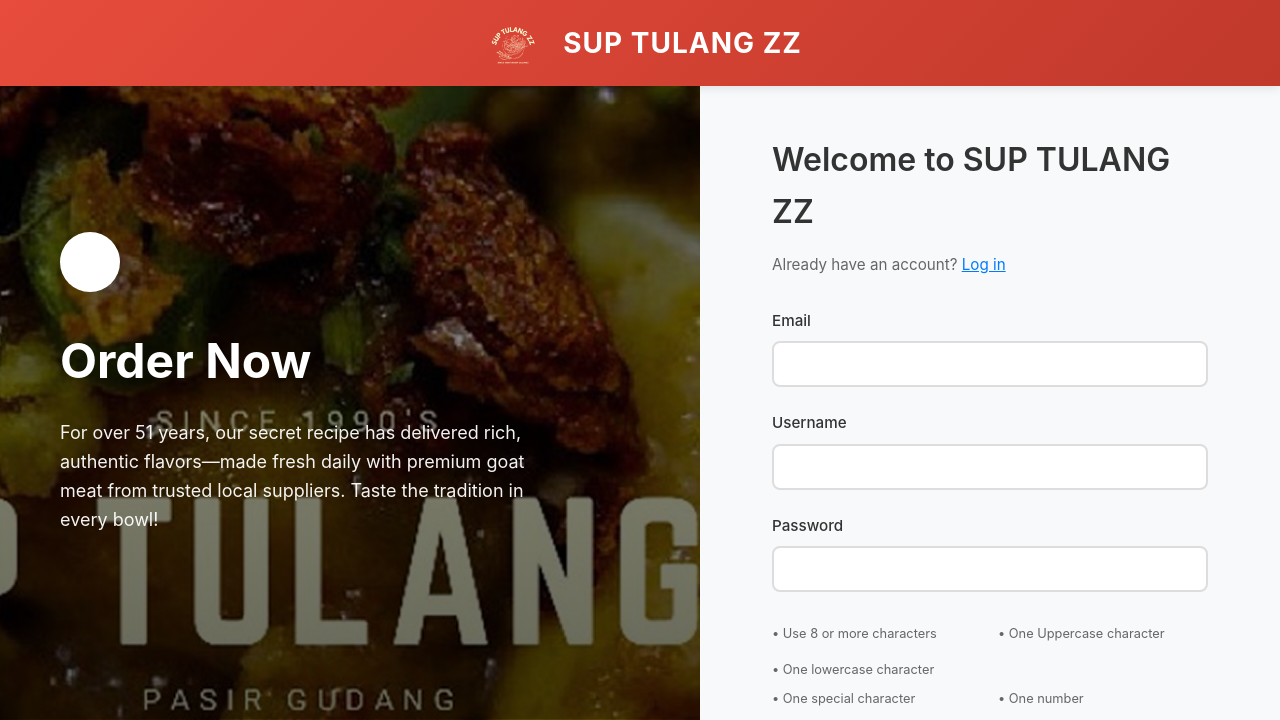
Repository: YIsheng2002/web-frontend
Page: view/member/userSignUp.html
These files come from the project's save history. The page is drawn as it stood at one moment and after the next save; the edit follows.
The browser window is 1280 px wide. The pictures show the whole page.
An inner scrolling area shows only its first screen.

Above is the page before, as saved 2025-06-13 23:13:59.

After the next save:
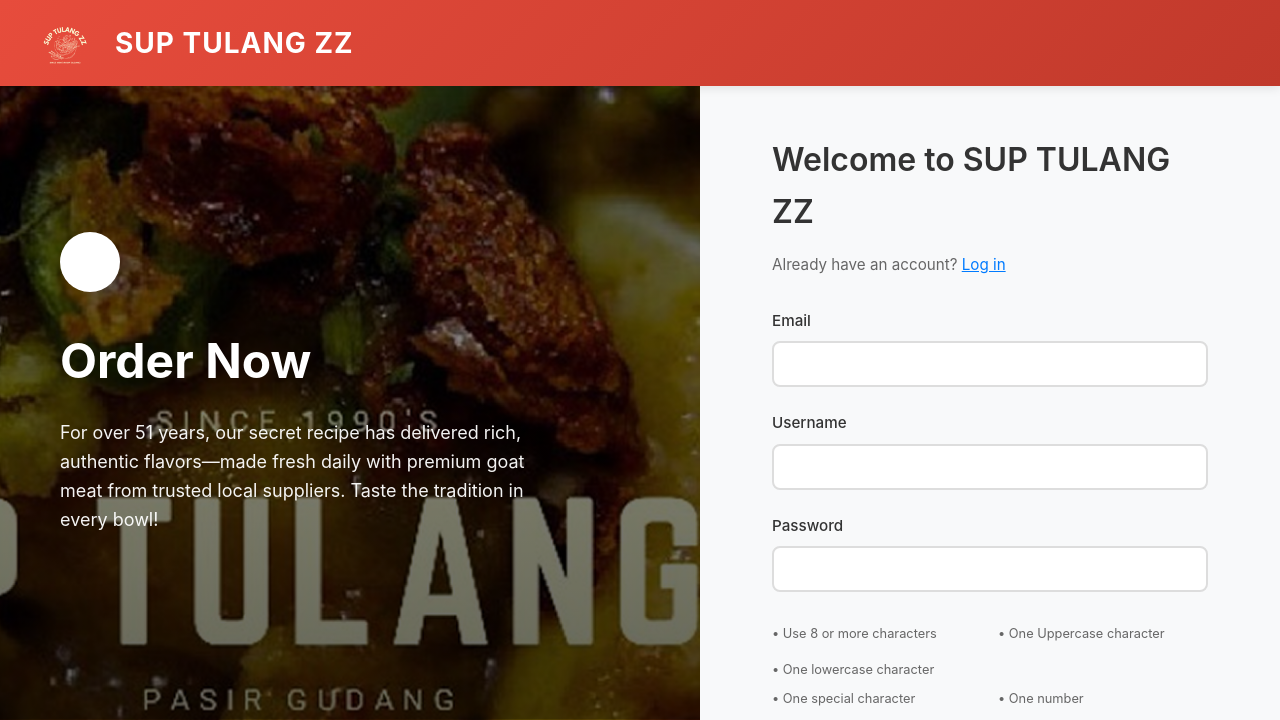
Saved 6 min 45 s later.
--- a/view/member/userSignUp.html
+++ b/view/member/userSignUp.html
@@ -10,7 +10,7 @@
 <body>
     <!-- Header -->
     <header class="header">
-        <div class="header-content">
+        <div class="header-right">
             <div class="logo-section">
                 <img src="../../assets/images/logo.png" alt="SUP TULANG ZZ Logo" class="logo">
                 <span class="brand-name">SUP TULANG ZZ</span>
